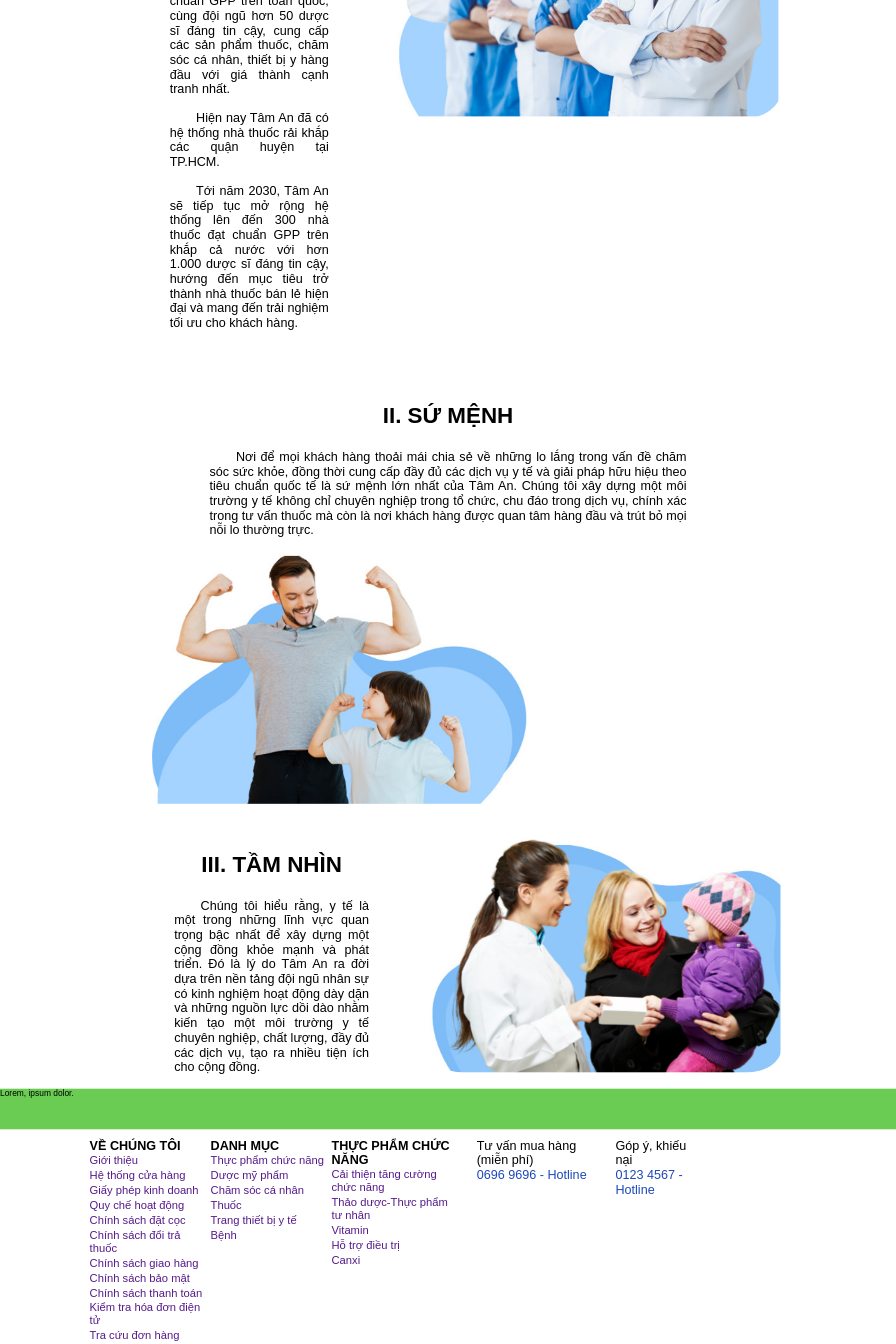
Repository: ViralAIWorks/TamAnPharmacy.github.io
Page: pages/thongtin.html
These files come from the project's save history. The page is drawn as it stood at one moment and after the next save; the edit follows.
The browser window is 1280 px wide. The pictures show the part of the page from y = 835 to 2755 px (the page is 2755 px tall before and 2750 px after), at 70% of full size.
Some web fonts or font styles are not loaded; a fallback is used.

Above is the page before, as saved 2022-03-14 11:02:24.

After the next save:
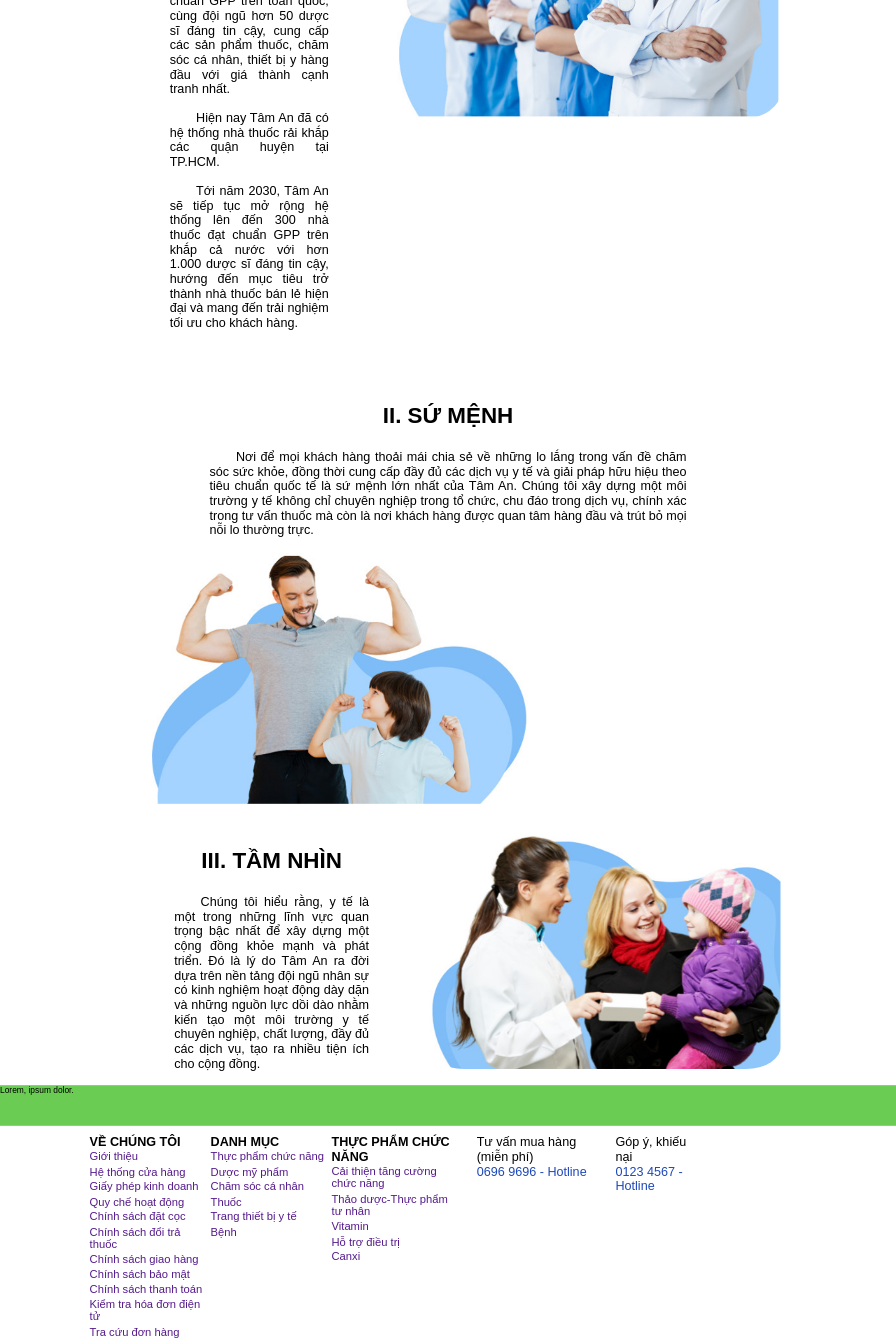
Saved 20 s later.
--- a/pages/style/style_cactrang.css
+++ b/pages/style/style_cactrang.css
@@ -202,6 +202,7 @@
 
 #img3-position {
     text-align: center;
+    display: flex
 }
 
 .img25-position {

After the 2 saves that followed:
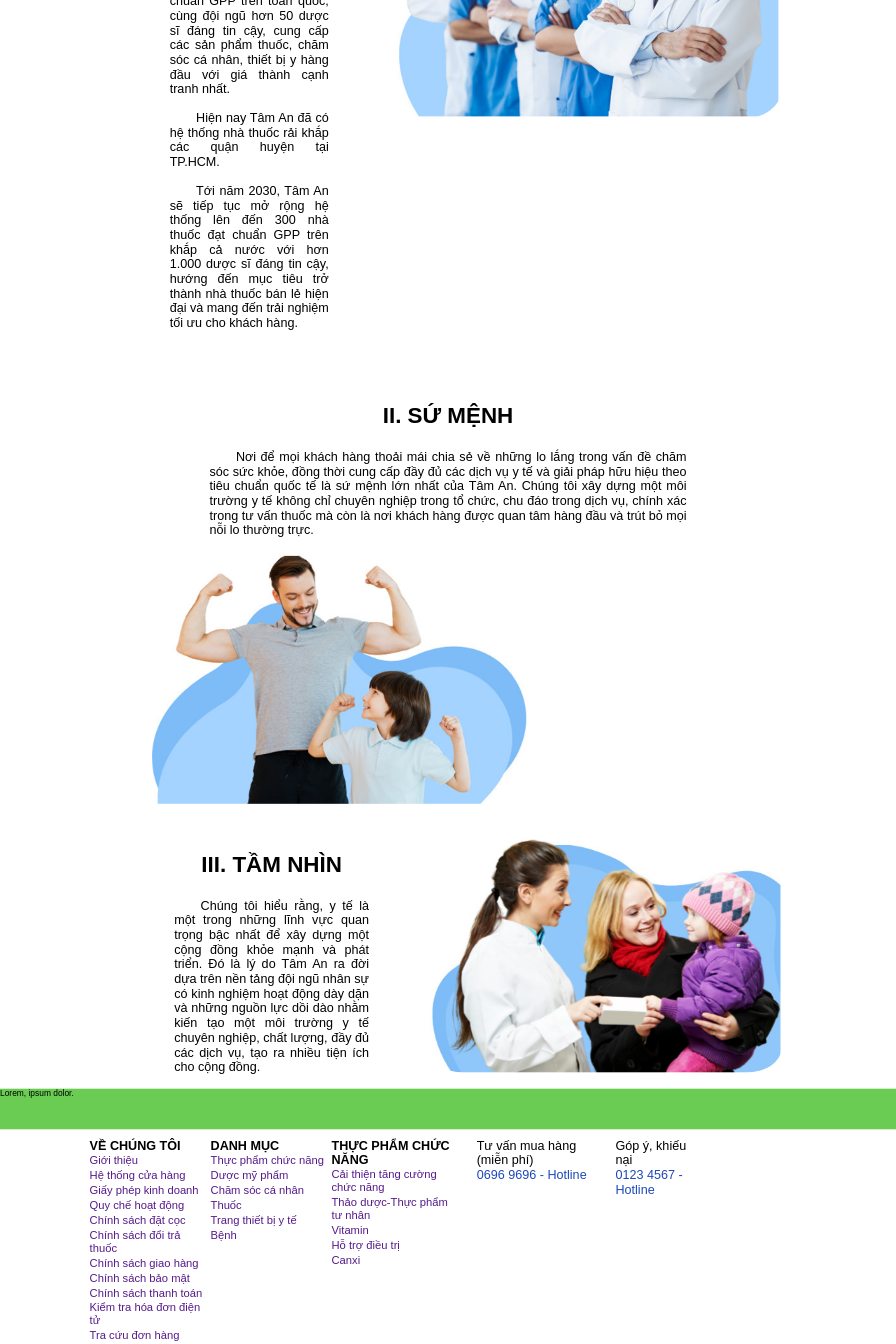
The 2 saves are shown as one change because 1 left the picture as it was.
The last was saved 11 s later.
--- a/pages/style/style_cactrang.css
+++ b/pages/style/style_cactrang.css
@@ -202,7 +202,6 @@
 
 #img3-position {
     text-align: center;
-    display: flex
 }
 
 .img25-position {
